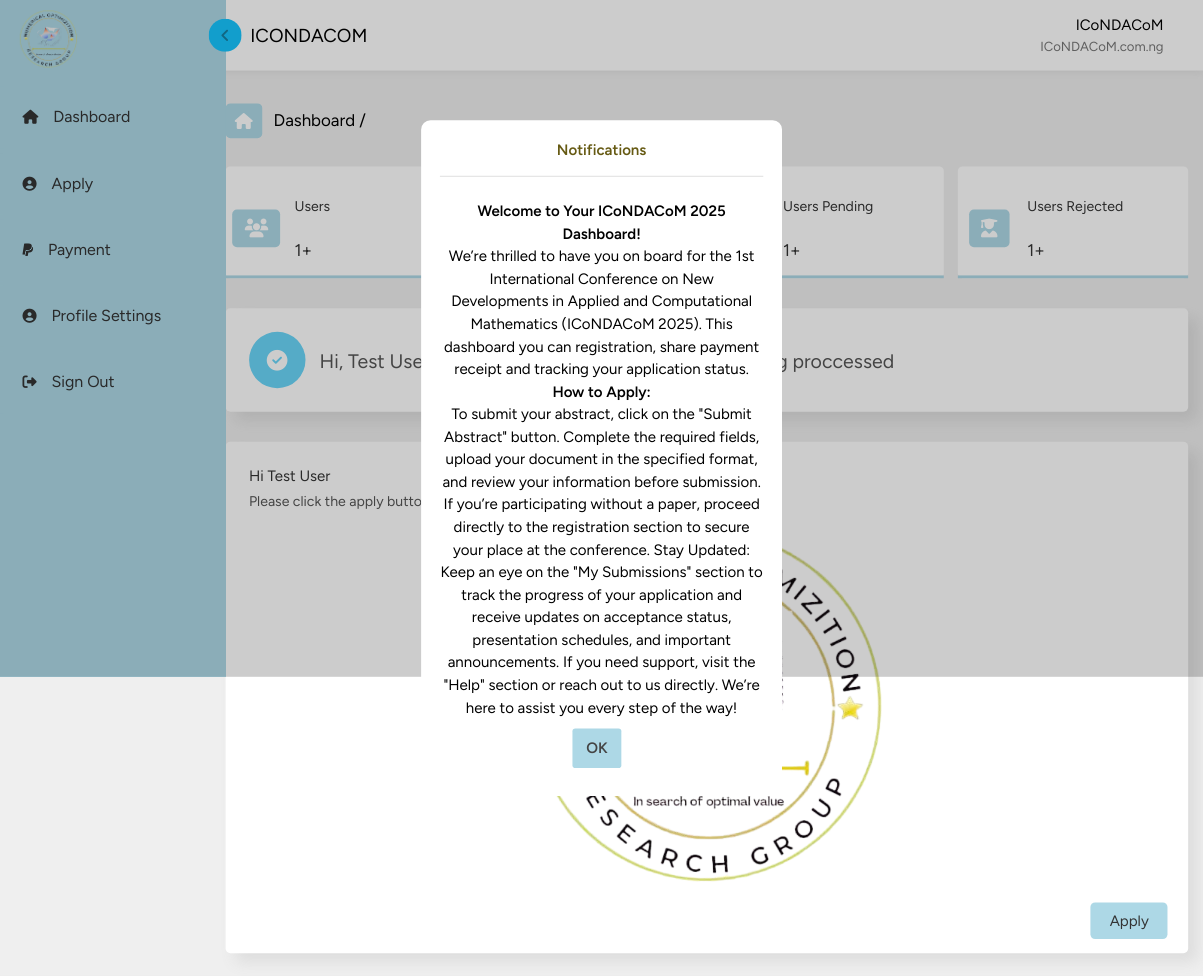
Repository: mrcode-gmb/aa-lectturn
Page: http://localhost/dashboard
An editor plug-in stored every save of this project. The page is shown before and after the next save, followed by the edit.
The browser window is 1280 px wide. The pictures show the whole page, at 94% of full size.
The page is served by the project's Laravel application, run on PHP 8.4 with Laravel 10. A made-up administrator, Test User (test@example.com), is signed in. Other server files are loaded and not shown. Queries for data that is not in the repository find no rows.

Above is the page before, as saved 2025-02-07 10:25:56.

### routes/web.php
<?php

use App\Models\User;
use Illuminate\Support\Facades\Mail;
use Illuminate\Support\Facades\Route;
use App\Http\Controllers\ProfileController;
use App\Http\Controllers\ApplyCompetationController;

/*
|--------------------------------------------------------------------------
| Web Routes
|--------------------------------------------------------------------------
|
| Here is where you can register web routes for your application. These
| routes are loaded by the RouteServiceProvider and all of them will
| be assigned to the "web" middleware group. Make something great!
|
*/

Route::get('/', function () {
    return view('welcome');
});

Route::get('/dashboard', function () {
    return view('dashboard',
    [
        "allUsers" => User::where("role",2)->count(),
        "allPendingUsers" => User::where("status",1)->count(),
        "allApprovedUsers" => User::where("status",2)->count(),
        "allRejectedUsers" => User::where("status",3)->count(),
    ]);
})->middleware(['auth', 'verified'])->name('dashboard');

Route::middleware('auth')->group(function () {
    Route::get('/profile', [ProfileController::class, 'edit'])->name('profile.edit');
    Route::patch('/profile', [ProfileController::class, 'update'])->name('profile.update');
    Route::delete('/profile', [ProfileController::class, 'destroy'])->name('profile.destroy');

    Route::controller(ApplyCompetationController::class)->group(function () {
        Route::get("/apply", "index")->name("apply");
        Route::get("/users/applied", "showAppliedUsers")->name("apply.showAppliedUsers");
        Route::get("/users/payment/histories", "showPaymentHistories")->name("apply.showPaymentHistories");
        Route::get("/users/all", "showAlldUsers")->name("all.showAppliedUsers");
        Route::post("apply/store", "store")->name("apply.store");
        Route::post("apply/update", "update")->name("apply.update");
        Route::post("apply/payment-status", "paymentStatus")->name("apply.paymentStatus");
        Route::get("/payment/user", "userPayment")->name("userPayment");
        Route::post("/payment/payment", "userPaymentPayment")->name("userPaymentPayment");
    });
});

require __DIR__ . '/auth.php';

### app/Models/User.php
<?php

namespace App\Models;

// use Illuminate\Contracts\Auth\MustVerifyEmail;
use Illuminate\Database\Eloquent\Factories\HasFactory;
use Illuminate\Foundation\Auth\User as Authenticatable;
use Illuminate\Notifications\Notifiable;
use Laravel\Sanctum\HasApiTokens;

class User extends Authenticatable
{
    use HasApiTokens, HasFactory, Notifiable;

    /**
     * The attributes that are mass assignable.
     *
     * @var array<int, string>
     */
    protected $fillable = [
        'name',
        'email',
        "status",
        'password',
    ];

    /**
     * The attributes that should be hidden for serialization.
     *
     * @var array<int, string>
     */
    protected $hidden = [
        'password',
        'remember_token',
    ];

    /**
     * The attributes that should be cast.
     *
     * @var array<string, string>
     */
    protected $casts = [
        'email_verified_at' => 'datetime',
        'password' => 'hashed',
    ];

    public function userApplied()
    {
        return $this->hasOne(ApplyCompetation::class);
    }
    public function payment()
    {
        return $this->hasOne(Payment::class);
    }
}

### resources/views/dashboard.blade.php
<x-app-layout>
    <div>
        <section id="mainbody">
            <div class="main-body">
                <div class="str">
                    <div class="str-home">
                        <i class="fa fa-home"></i>
                        <div class="db">
                            <h4>Dashboard / &nbsp;</h4>
                            <p></p>
                        </div>
                    </div>
                </div>
                <div>
                    <div class="tabs" id="tabls">
                        <div class="">
                            <div class="container-fluiding">
                                <div class="col-md-3">
                                    <div class="icon-flex">
                                        <div class="left">
                                            <i class="fa fa-users"></i>
                                        </div>
                                        <div class="right">
                                            <h4>Users</h4>
                                            <p class="percent" id="percent">0%</p>
                                        </div>
                                    </div>
                                    <div class="loader">
                                        <div class="shows" id="shows"></div>
                                    </div>
                                </div>
                                <div class="col-md-3">
                                    <div class="icon-flex">
                                        <div class="left">
                                            <i class="fa fa-hand-point-right"></i>
                                        </div>
                                        <div class="right">
                                            <h4>Users Approved</h4>
                                            <p class="percent" id="percent1">0%</p>
                                        </div>
                                    </div>
                                    <div class="loader">
                                        <div class="shows" id="shows1"></div>
                                    </div>
                                </div>
                                <div class="col-md-3">
                                    <div class="icon-flex">
                                        <div class="left">
                                            <i class="fa fa-money-check-alt"></i>
                                        </div>
                                        <div class="right">
                                            <h4>Users Pending</h4>
                                            <p class="percent" id="percent2">0%</p>
                                        </div>
                                    </div>
                                    <div class="loader">
                                        <div class="shows" id="shows2"></div>
                                    </div>
                                </div>
                                <div class="col-md-3">
                                    <div class="icon-flex">
                                        <div class="left">
                                            <i class="fa fa-user-graduate"></i>
                                        </div>
                                        <div class="right">
                                            <h4>Users Rejected</h4>
                                            <p class="percent" id="percent3">0%</p>
                                        </div>
                                    </div>
                                    <div class="loader">
                                        <div class="shows" id="shows3"></div>
                                    </div>
                                </div>
                            </div>
                        </div>
                        <x-auth-session-status class="mb-4" :status="session('status')" />
                        @if (Auth::user()->status != 0)
                            @if (Auth::user()->status == 1)
                                <div class="full-chart">
                                    <div class="chart-title flex-class">
                                        <div class="circle-pending">
                                            <i class="fa fa-check-circle"></i>
                                        </div>
                                        <div class="circle-text">
                                            <p>Hi, {{ Auth::user()->name }}, Congratulation your application is being
                                                proccessed </p>
                                        </div>
                                    </div>
                                </div>
                            @elseif (Auth::user()->status == 2)
                                <div class="full-chart">
                                    <div class="chart-title flex-class">
                                        <div class="circle-success">
                                            <i class="fa fa-check-circle"></i>
                                        </div>
                                        <div class="circle-text">
                                            <p>Hi, {{ Auth::user()->name }}, Congratulation your application has been
                                                approved.
                                            </p>
                                        </div>
                                    </div>
                                </div>
                            @elseif (Auth::user()->status == 3)
                                <div class="full-chart">
                                    <div class="chart-title flex-class">
                                        <div class="circle-rejected">
                                            <i class="fa fa-check-circle"></i>
                                        </div>
                                        <div class="circle-text">
                                            <p>Hi, {{ Auth::user()->name }}, Sorry your application cannot be
                                                considered.
                                            </p>
                                        </div>
                                    </div>
                                </div>
                            @else
                            @endif
                        @endif
                    </div>
                </div>

                @if (Auth::user()->role == 1)
                    <div>
                        <div class="tabs" id="tabls">
                            <div class="full-chart">
                                <div class="chart-title">
                                    <h3>Hi {{ Auth::user()->name }} (Super Admin)</h3>
                                    <p>Please click the manage users button to view, approved, or reject user who apply
                                    </p>
                                </div>
                                <div class="dont-have">
                                    <img src="{{ asset('asset/photos/WhatsApp_Image_2024-10-23_at_8.20.45_PM-removebg-preview.png') }}"
                                        alt="">
                                </div>
                                <div class="create-app">
                                    <a href="apply">
                                        Manage Users
                                    </a>
                                </div>
                            </div>
                            <br>
                        </div>
                    </div>
                @else
                    <div>
                        <div class="tabs" id="tabls">
                            <div class="full-chart">
                                <div class="chart-title">
                                    <h3>Hi {{ Auth::user()->name }}</h3>
                                    <p>Please click the apply button to apply</p>
                                </div>
                                <div class="dont-have">
                                    <img src="{{ asset('asset/photos/WhatsApp_Image_2024-10-23_at_8.20.45_PM-removebg-preview.png') }}"
                                        alt="">
                                </div>
                                <div class="create-app">
                                    <a href="apply">
                                        Apply
                                    </a>
                                </div>
                            </div>
                            <br>
                        </div>
                    </div>
                @endif
                <!-- end design dashboard content  -->
            </div>
        </section>
    </div>
    <div class="modal d-nones text-center font-bold" id="modal">
        <div class="modal-dialog">
            <div class="modal-head">
                <p><b>Notifications</b> </p>
            </div>
            <form class="modal-body">
                <p>
                    <b>Welcome to Your ICoNDACoM 2025 Dashboard!</b> <br>
We’re thrilled to have you on board for the 1st International Conference on New Developments in Applied and Computational Mathematics (ICoNDACoM 2025). This dashboard you can registration, share payment receipt and tracking your application status.
<br>
<b>How to Apply:</b> <br>
To submit your abstract, click on the "Submit Abstract" button. Complete the required fields, upload your document in the specified format, and review your information before submission. If you’re participating without a paper, proceed directly to the registration section to secure your place at the conference.

Stay Updated:
Keep an eye on the "My Submissions" section to track the progress of your application and receive updates on acceptance status, presentation schedules, and important announcements. If you need support, visit the "Help" section or reach out to us directly. We’re here to assist you every step of the way!


                </p>
                <div class="modal-footer text-center">
                    <button type="button" onclick="modalDismiss()">OK</button>
                </div>
            </form>
        </div>
    </div>
    <script>
        const modalDismiss = ()=>{
            document.querySelector("#modal").style.display = "none";
        }
        window.onclick = (e)=>{
            const modal = document.getElementById("modal")
            if(e.target == modal){
                document.querySelector("#modal").style.display = "none";
            }
        }
        window.onload = () => {
            let loader = document.querySelector(".shows"),
                percent = document.querySelector("#percent");

            let loaderStart = 0,
                loaderEnd = {{ $allUsers < 1 ? 1 : $allUsers }},
                loaderTime = 60;

            let start = setInterval(() => {
                loaderStart++;

                percent.textContent = loaderStart + '+';
                loader.style.width = `${loaderStart}`;
                loader.style.background = `rgb(173, 216, 230)`;


                if (loaderStart == loaderEnd) {
                    clearInterval(start);
                }
            }, loaderTime);


            let loader1 = document.querySelector("#shows1"),
                percent1 = document.querySelector("#percent1");

            let loaderStart1 = 0,
                loaderEnd1 = {{ $allApprovedUsers < 1 ? 1 : $allApprovedUsers }},
                loaderTime1 = 60;

            let start1 = setInterval(() => {
                loaderStart1++;

                percent1.textContent = loaderStart1 + '+';
                loader1.style.width = `${loaderStart1}`;
                loader1.style.background = `rgb(173, 216, 230)`;


                if (loaderStart1 == loaderEnd1) {
                    clearInterval(start1);
                }
            }, loaderTime1);




            let loader2 = document.querySelector("#shows2"),
                percent2 = document.querySelector("#percent2");

            let loaderStart2 = 0,
                loaderEnd2 = {{ $allPendingUsers < 1 ? 1 : $allPendingUsers }},
                loaderTime2 = 60;

            let start2 = setInterval(() => {
                loaderStart2++;

                percent2.textContent = loaderStart2 + '+';
                loader2.style.width = `${loaderStart2}`;
                loader2.style.background = `rgb(173, 216, 230)`;


                if (loaderStart2 == loaderEnd2) {
                    clearInterval(start2);
                }
            }, loaderTime2);


            let loader3 = document.querySelector("#shows3"),
                percent3 = document.querySelector("#percent3");

            let loaderStart3 = 0,
                loaderEnd3 = {{ $allRejectedUsers < 1 ? 1 : $allRejectedUsers }},
                loaderTime3 = 60;

            let start3 = setInterval(() => {
                loaderStart3++;

                percent3.textContent = loaderStart3 + '+';
                loader3.style.width = `${loaderStart3}`;
                loader3.style.background = `rgb(173, 216, 230)`;


                if (loaderStart3 == loaderEnd3) {
                    clearInterval(start3);
                }
            }, loaderTime3);

        }
    </script>
</x-app-layout>

### resources/views/components/auth-session-status.blade.php
@props(['status'])

@if ($status)
    <div {{ $attributes->merge(['class' => 'font-medium text-sm text-green-600 dark:text-green-400 alert-success']) }}>
        <i class="fa fa-check-circle"></i>&nbsp;{{ $status }}
    </div>
@endif

Loaded but not shown: routes/auth.php (common file); app/Http/Controllers/Auth/EmailVerificationPromptController.php (common file); app/Http/Controllers/Controller.php (common file); app/Http/Controllers/Auth/VerifyEmailController.php (common file); app/View/Components/AppLayout.php (common file); public/asset/fontawesome-free/css/all.min.css (library); public/asset/fontawesome-free/css/all.css (library); public/asset/styles.css (1619 lines, source omitted); public/asset/form.css (503 lines, source omitted); resources/views/layouts/app.blade.php (123 lines, source omitted); resources/views/layouts/navigation.blade.php (128 lines, source omitted)

After the next save:
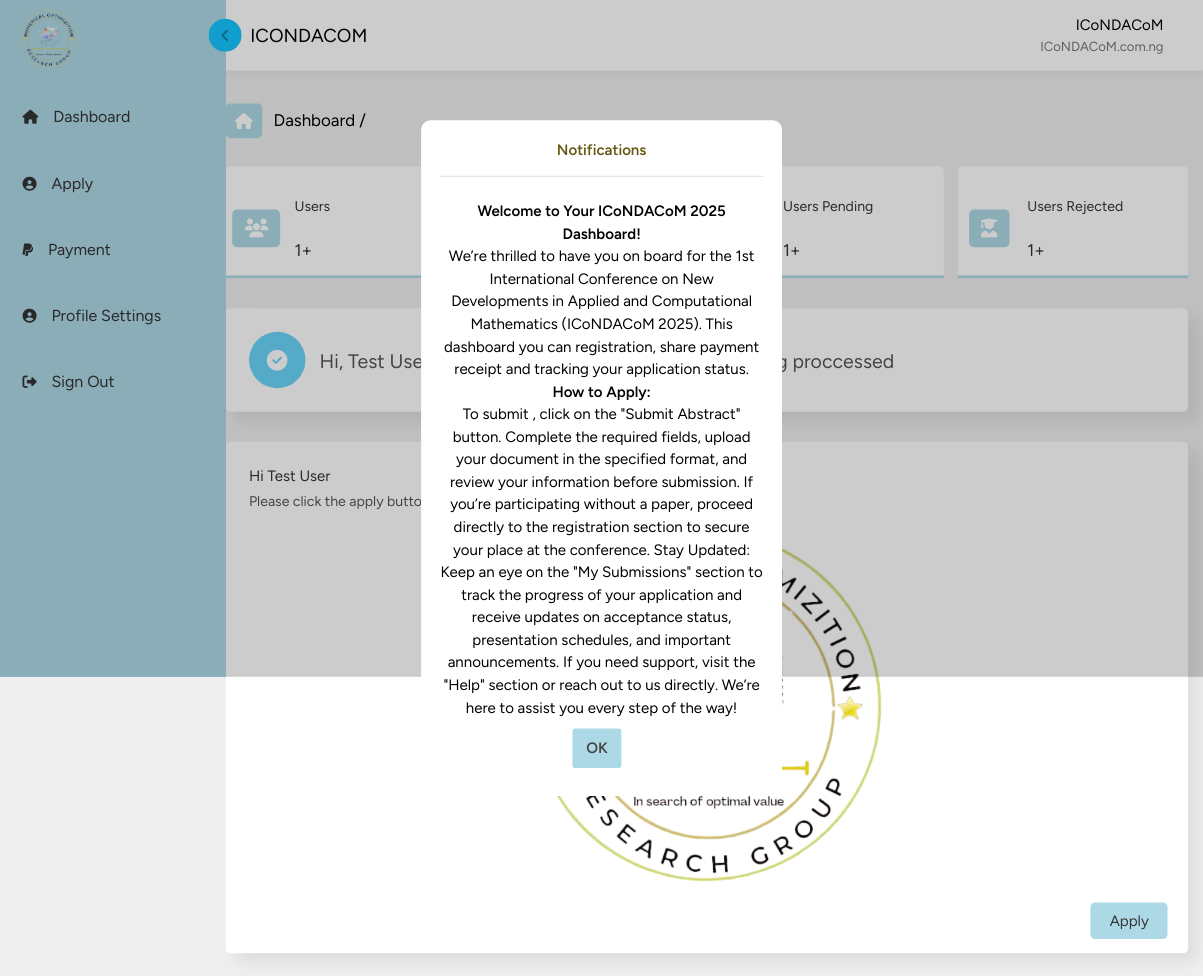
Saved 62 s later.
--- a/resources/views/dashboard.blade.php
+++ b/resources/views/dashboard.blade.php
@@ -178,7 +178,7 @@
 We’re thrilled to have you on board for the 1st International Conference on New Developments in Applied and Computational Mathematics (ICoNDACoM 2025). This dashboard you can registration, share payment receipt and tracking your application status.
 <br>
 <b>How to Apply:</b> <br>
-To submit your abstract, click on the "Submit Abstract" button. Complete the required fields, upload your document in the specified format, and review your information before submission. If you’re participating without a paper, proceed directly to the registration section to secure your place at the conference.
+To submit , click on the "Submit Abstract" button. Complete the required fields, upload your document in the specified format, and review your information before submission. If you’re participating without a paper, proceed directly to the registration section to secure your place at the conference.
 
 Stay Updated:
 Keep an eye on the "My Submissions" section to track the progress of your application and receive updates on acceptance status, presentation schedules, and important announcements. If you need support, visit the "Help" section or reach out to us directly. We’re here to assist you every step of the way!
